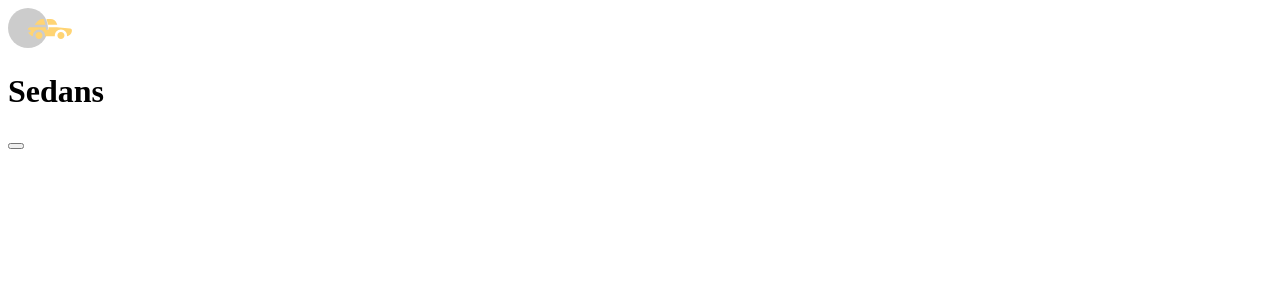
Repository: Pawan-pediredla/frontend-mentors
Page: 3-column-preview-card-component/3-column-preview-card-component-main/markup/index.html
These files come from the project's save history. The page is drawn as it stood at one moment and after a run of saves; the edit follows.
The browser window is 1280 px wide. The pictures show the whole page.

Above is the page before, as saved 2024-06-22 12:43:29.

### 3-column-preview-card-component/3-column-preview-card-component-main/markup/index.html
<!DOCTYPE html>
<html lang="en">
<head>
  <meta charset="UTF-8">
  <meta name="viewport" content="width=device-width, initial-scale=1.0"> <!-- displays site properly based on user's device -->

  <link rel="icon" type="image/png" sizes="32x32" href="./images/favicon-32x32.png">

  <title>Frontend Mentor | 3-column preview card component</title>

<link rel="stylesheet" href="../styling/index.css"/>
</head>
<body>
  <main>
    <div class="box" id="sedans">
      <img src="../images/icon-sedans.svg" alt="sedans-img"/>
      <h1>Sedans</h1>
      <p></p>
<button></button>
    </div>
  </main>
</body>
</html>

### 3-column-preview-card-component/3-column-preview-card-component-main/styling/index.css
.attribution { font-size: 11px; text-align: center; }
    .attribution a { color: hsl(228, 45%, 44%); }

After the next 2 saves:
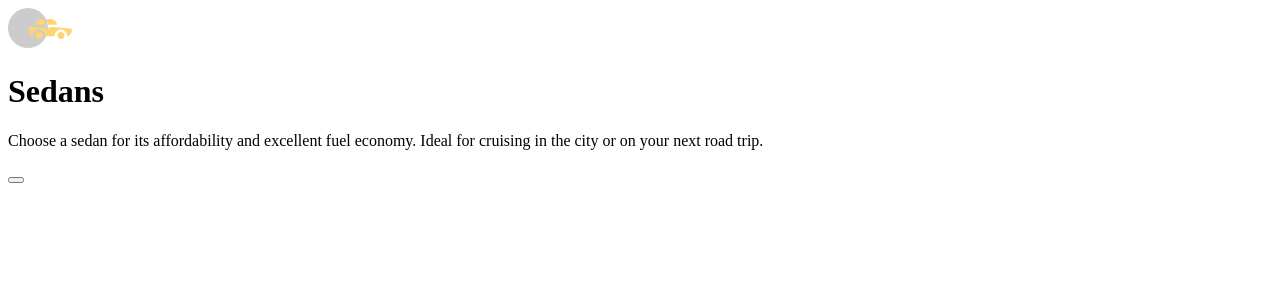
The 2 saves are shown as one change because they came seconds apart.
The last was saved 16 s later.
--- a/3-column-preview-card-component/3-column-preview-card-component-main/markup/index.html
+++ b/3-column-preview-card-component/3-column-preview-card-component-main/markup/index.html
@@ -15,7 +15,10 @@
     <div class="box" id="sedans">
       <img src="../images/icon-sedans.svg" alt="sedans-img"/>
       <h1>Sedans</h1>
-      <p></p>
+      <p>
+        Choose a sedan for its affordability and excellent fuel economy. Ideal for cruising in the city
+          or on your next road trip.
+      </p>
 <button></button>
     </div>
   </main>
